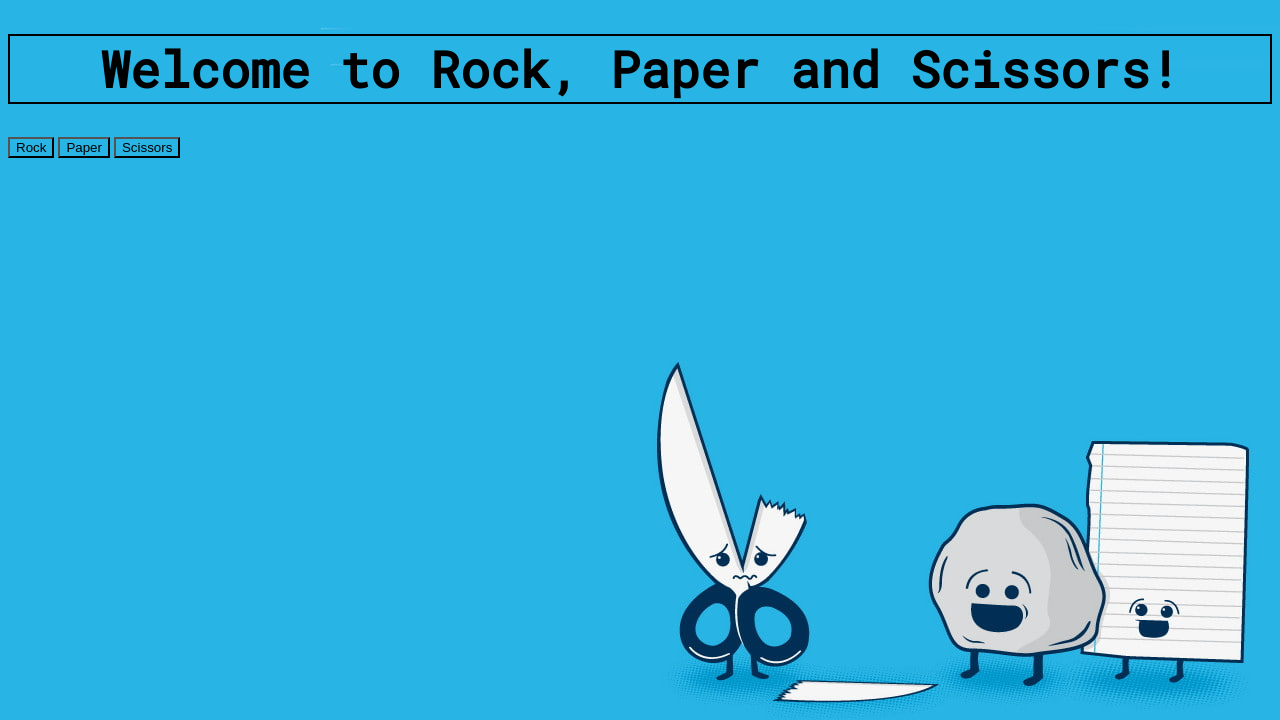
Repository: Ascendrospyder/rock-paper-scissors
Page: app.html
These files come from the project's save history. The page is drawn as it stood at one moment and after a run of saves; the edit follows.
The browser window is 1280 px wide. The pictures show the whole page.

Above is the page before, as saved 2022-12-25 21:13:38.

After the next 3 saves:
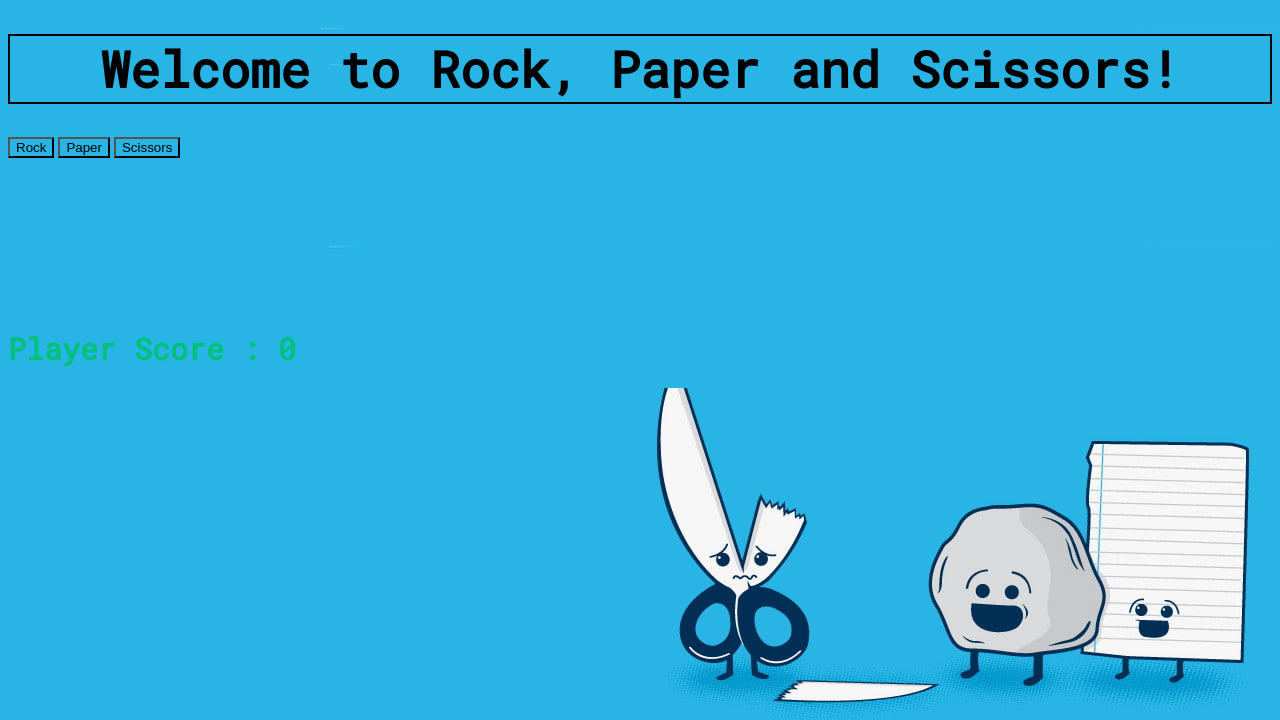
The 3 saves are shown as one change because they came seconds apart.
The last was saved 2 h 33 min later.
--- a/src/script.js
+++ b/src/script.js
@@ -34,11 +34,11 @@ function playRound (playerSelection, computerSelection) {
   // then we will utilise some conditionals to check if the player has drawn, won or lost against
   // the computer
   if (updatedPS === updatedCS) {
-    return 'Draw! Player selected ' + playerSelection + ' and computer selected ' + computerSelection + ' select again!'
+    return 'Draw! Player selected ' + updatedPS + ' and computer selected ' + updatedCS + ' select again!'
   } else if ((updatedPS === 'rock' && updatedCS === 'scissors') || (updatedPS === 'paper' && updatedCS === 'rock') || (updatedPS === 'scissors' && updatedCS === 'paper')) {
-    return 'You Win! ' + playerSelection + ' beats ' + computerSelection
+    return 'You Win this round! ' + updatedPS + ' beats ' + updatedCS
   } else {
-    return 'You Lose! ' + computerSelection + ' beats ' + playerSelection
+    return 'You Lose this round! ' + updatedCS + ' beats ' + updatedPS
   }
 }
 
@@ -51,12 +51,10 @@ function playRound (playerSelection, computerSelection) {
  * @returns - desired score of the player
  */
 function updateScores (resultString, score) {
-  if (resultString.includes('Draw!')) {
-    return score
-  } else if (resultString.includes('You Win!')) {
+  if (resultString.includes('You Win')) {
     return score + 1
   } else {
-    return score - 1
+    return score;
   }
 }
 
@@ -65,5 +63,41 @@ function updateScores (resultString, score) {
  */
 function game () {
   // keep track of a score
+  const buttons = document.querySelectorAll("button");
+  const container = document.createElement("div");
+  const resultMessage = document.createElement("p");
+  const scoreDiv = document.createElement("div");
+  const displayScore = document.createElement("h1");
+  let playerScore = 0;
 
+  container.classList.toggle("result-div");
+  resultMessage.classList.toggle("result-prompt");
+  scoreDiv.classList.toggle("score-container");
+  displayScore.classList.toggle("display-scores");
+
+
+  document.body.appendChild(container);
+  container.appendChild(resultMessage);
+  document.body.appendChild(scoreDiv);
+  scoreDiv.appendChild(displayScore);
+
+  displayScore.textContent = `${"Player Score : "}` + playerScore;
+
+  resultMessage.setAttribute("style", "font-size : 30px; font-family : 'Roboto Mono', monospace; color : #03c07b; font-weight : bold; display : flex; justify-content : center;");
+  scoreDiv.setAttribute("style", "display : flex; justify-content : flex-start; height : 170px; align-items : flex-end; ")
+  displayScore.setAttribute("style", "font-size : 30px; font-family : 'Roboto Mono', monospace; color : #03c07b; font-weight : bold;");
+
+  buttons.forEach((button) => {
+    button.addEventListener("click", function (e) {
+      let computerSelection = getComputerChoice();
+      const result = playRound(this.classList, computerSelection);
+      playerScore = updateScores(result, playerScore);
+      displayScore.textContent = `${"Player Score : "}` + playerScore;
+      resultMessage.textContent = result;
+      container.setAttribute("style", "font-size : 50px; color : orange;");
+
+    });
+  });
 }
+
+game();
